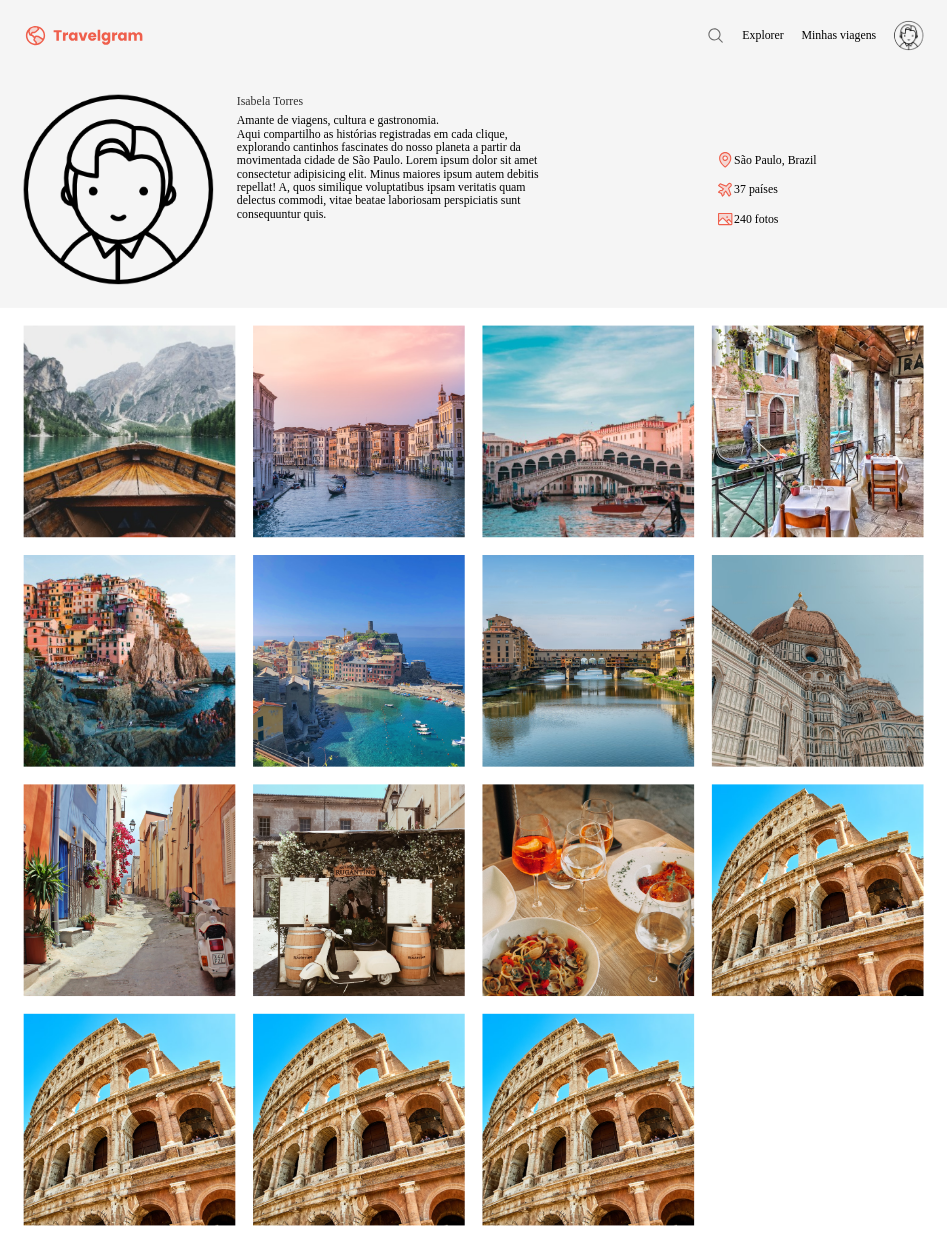
Repository: JeffRodFer/projeto-Travelgran-Rockeseat
Page: index.html
These files come from the project's save history. The page is drawn as it stood at one moment and after a run of saves; the edit follows.
The browser window is 1280 px wide. The pictures show the whole page, at 74% of full size.

Above is the page before, as saved 2025-03-22 16:55:19.

After the next 2 saves:
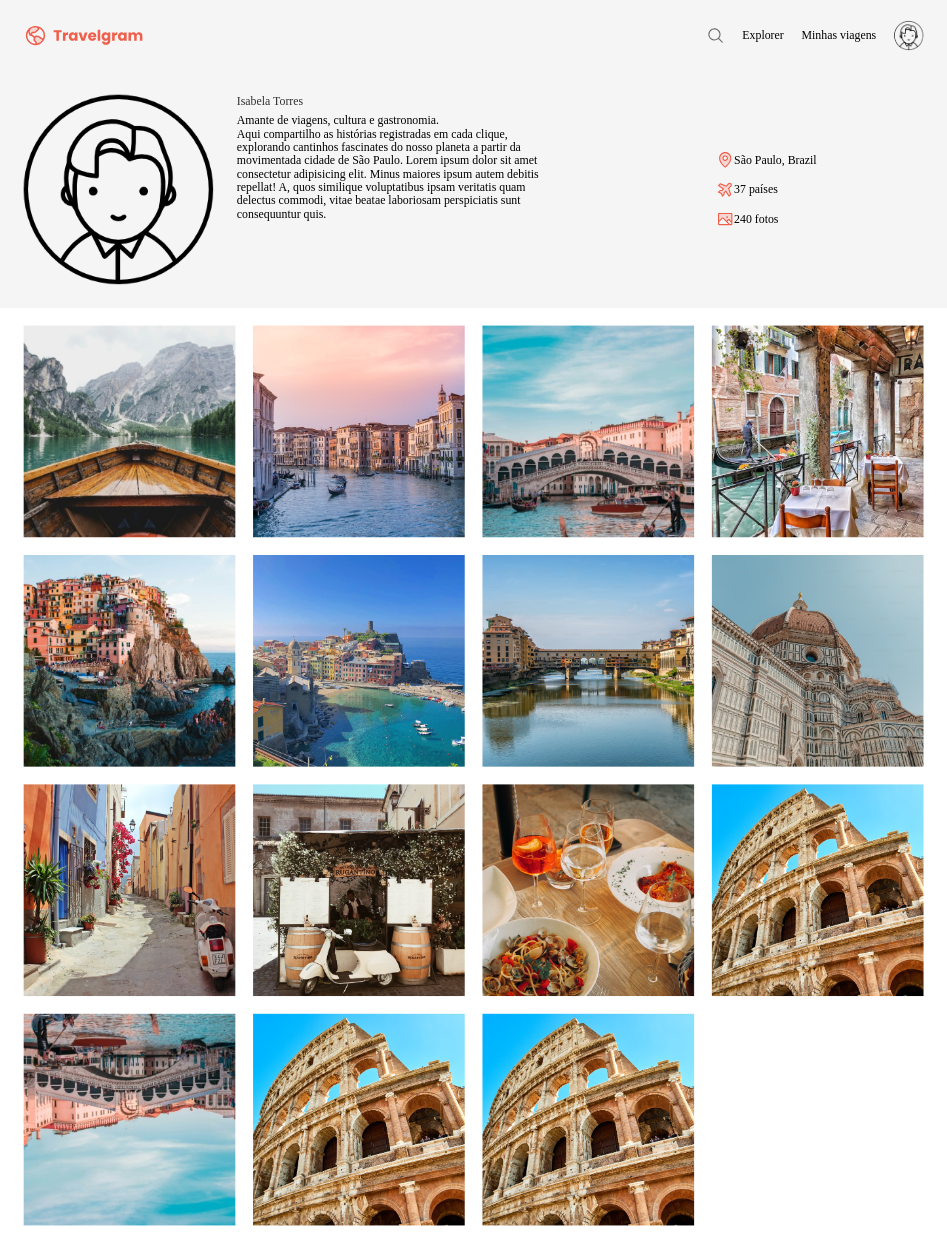
The 2 saves are shown as one change because they came seconds apart.
The last was saved 6 s later.
--- a/index.html
+++ b/index.html
@@ -74,7 +74,7 @@
             <img src="assets/images/Image 10.png" alt="...">
             <img src="assets/images/Image 11.png" alt="...">
             <img src="assets/images/Image 12.png" alt="...">
-            <img src="assets/images/Image 12.png" alt="...">
+            <img src="assets/images/Image 13.png" alt="...">
             <img src="assets/images/Image 12.png" alt="...">
             <img src="assets/images/Image 12.png" alt="...">
         </main>
